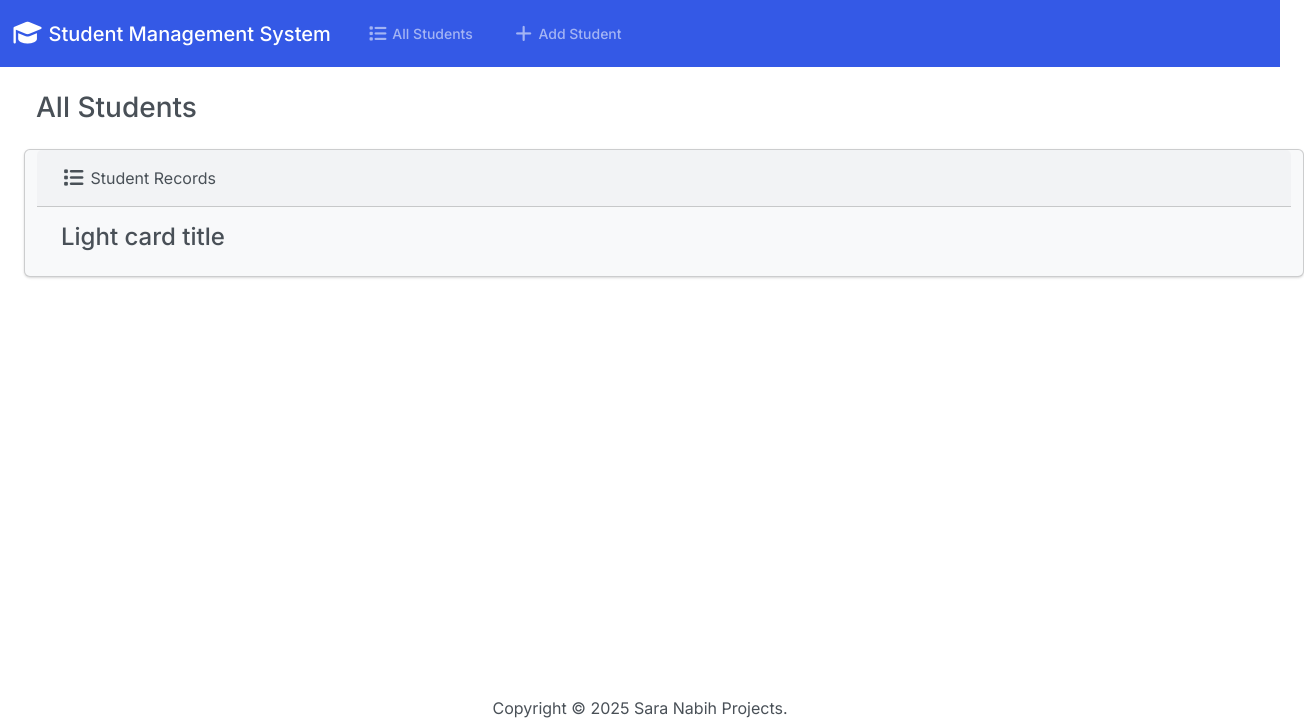
Repository: saraanbih/Student-Management-System
Page: http://localhost/
These files come from the project's save history. The page is drawn as it stood at one moment and after the next save; the edit follows.
The browser window is 1280 px wide. The page is 1304 px wide, so the pictures cover 1304 px, including what lies to the right of the window. The pictures show the whole page.
Some web libraries are served in a nearby version. The page is served by the project's application, run on Django 5.2 (manage.py). Other server files are loaded and not shown. The page reads the database file committed with the project.

Above is the page before, as saved 2025-09-11 16:08:36.

### students/templates/students/index.html
{% load static %}
<!DOCTYPE html>
<html lang="en">
  <head>
    <meta charset="UTF-8" />
    <meta name="viewport" content="width=device-width, initial-scale=1.0" />
    <title>Student Management System</title>
    <link rel="stylesheet" href="https://cdnjs.cloudflare.com/ajax/libs/font-awesome/7.0.1/css/all.min.css" />
    <link href="{% static 'css/bootstrap.min.css' %}" rel="stylesheet" />
  </head>
  <body class="d-flex flex-column min-vh-100">
    <nav class="navbar navbar-expand-lg bg-primary" data-bs-theme="dark">
      <div class="container-fluid">
        <a class="navbar-brand" href="#">
          <i class="fa-solid fa-graduation-cap fa-lg"></i> Student Management System
        </a>
        <button
          class="navbar-toggler"
          type="button"
          data-bs-toggle="collapse"
          data-bs-target="#navbarColor01"
          aria-controls="navbarColor01"
          aria-expanded="false"
          aria-label="Toggle navigation"
        >
          <span class="navbar-toggler-icon"></span>
        </button>
        <div class="collapse navbar-collapse" id="navbarColor01">
          <ul class="navbar-nav me-auto">
            <li class="nav-item">
              <a class="nav-link" href="#">
                <i class="fa-solid fa-list fa-lg"></i> All Students
              </a>
            </li>
            <li class="nav-item">
              <a class="nav-link" href="#">
                <i class="fa-solid fa-plus fa-lg"></i> Add Student
              </a>
            </li>
          </ul>
        </div>
      </div>
    </nav>

    <div class="container-fluid">
      <h3 class="m-4">All Students</h3>
      <div class="row">
        <div class="col-12">
          {% if students %}
          </div>
            <div class="card bg-light ms-4 me-4 mb-4">
              <div class="card-header">
                  <i class="fa-solid fa-list fa-lg"></i> Student Records
              </div>
              <div class="card-body">
                <h4 class="card-title">Light card title</h4>
                <p class="card-text"></p>
              </div>
            </div>
          {% else %}
          <h5 class="card bg-light ms-4 me-4 mb-4">No Students Records</h5>
          {% endif %}
        </div>
      </div>
    </div>
    <footer class="mt-auto mp-4">
      <div class="text-center">
        <span>
          Copyright &copy; <script>document.write(new Date().getFullYear())</script> Sara Nabih Projects.
        </span>
      </div>

    </footer>
    <script
      src="https://cdn.jsdelivr.net/npm/bootstrap@5.3.8/dist/js/bootstrap.bundle.min.js"
      integrity="sha384-FKyoEForCGlyvwx9Hj09JcYn3nv7wiPVlz7YYwJrWVcXK/BmnVDxM+D2scQbITxI"
      crossorigin="anonymous"
    ></script>
  </body>
</html>

### students/models.py
from django.db import models

# Create your models here.

class Student(models.Model):
  student_number = models.PositiveBigIntegerField
  first_name = models.CharField(max_length=50)
  last_name = models.CharField(max_length=50)
  email = models.EmailField(max_length=100)
  field_of_study = models.CharField(max_length=50)
  gpa = models.FloatField()

  def __str__(self):
    return f"{self.first_name} {self.last_name}"

### students/views.py
from django.shortcuts import render
from .models import Student

# Create your views here.
def index(request):
  return render(request, 'students/index.html', {
    'students': Student.objects.all()
  })

### django_project/urls.py
"""
URL configuration for django_project project.

The `urlpatterns` list routes URLs to views. For more information please see:
    https://docs.djangoproject.com/en/5.2/topics/http/urls/
Examples:
Function views
    1. Add an import:  from my_app import views
    2. Add a URL to urlpatterns:  path('', views.home, name='home')
Class-based views
    1. Add an import:  from other_app.views import Home
    2. Add a URL to urlpatterns:  path('', Home.as_view(), name='home')
Including another URLconf
    1. Import the include() function: from django.urls import include, path
    2. Add a URL to urlpatterns:  path('blog/', include('blog.urls'))
"""
from django.contrib import admin
from django.urls import path, include

urlpatterns = [
    path('admin/', admin.site.urls),
    path('', include('students.urls')),
]

### students/urls.py
from django.urls import path
from . import views

urlpatterns = [
  path('', views.index, name='index'),

]

### db.sqlite3 (the tables this page reads, as SQL)
CREATE TABLE "students_student" ("id" integer NOT NULL PRIMARY KEY AUTOINCREMENT, "first_name" varchar(50) NOT NULL, "last_name" varchar(50) NOT NULL, "email" varchar(100) NOT NULL, "field_of_study" varchar(50) NOT NULL, "gpa" real NOT NULL, "student_number" bigint unsigned NOT NULL CHECK ("student_number" >= 0));
INSERT INTO "students_student" VALUES
(4, 'Sara', 'Nabih', 'nabihsara8@gmail.com', 'Computer Science', 3.8, 400),
(6, 'Mahmoud', 'Ali', 'mahmoud32@gmail.com', 'Engineer', 3.09, 7),
(7, 'Omar', 'Ahmed', 'omar@gmail.com', 'Network', 3.08, 42),
(8, 'Hazem', 'Ali', 'hazem.ali@gmail.com', 'Backend', 3.0, 23);

Loaded but not shown: students/static/css/bootstrap.min.css (library)

After the next save:
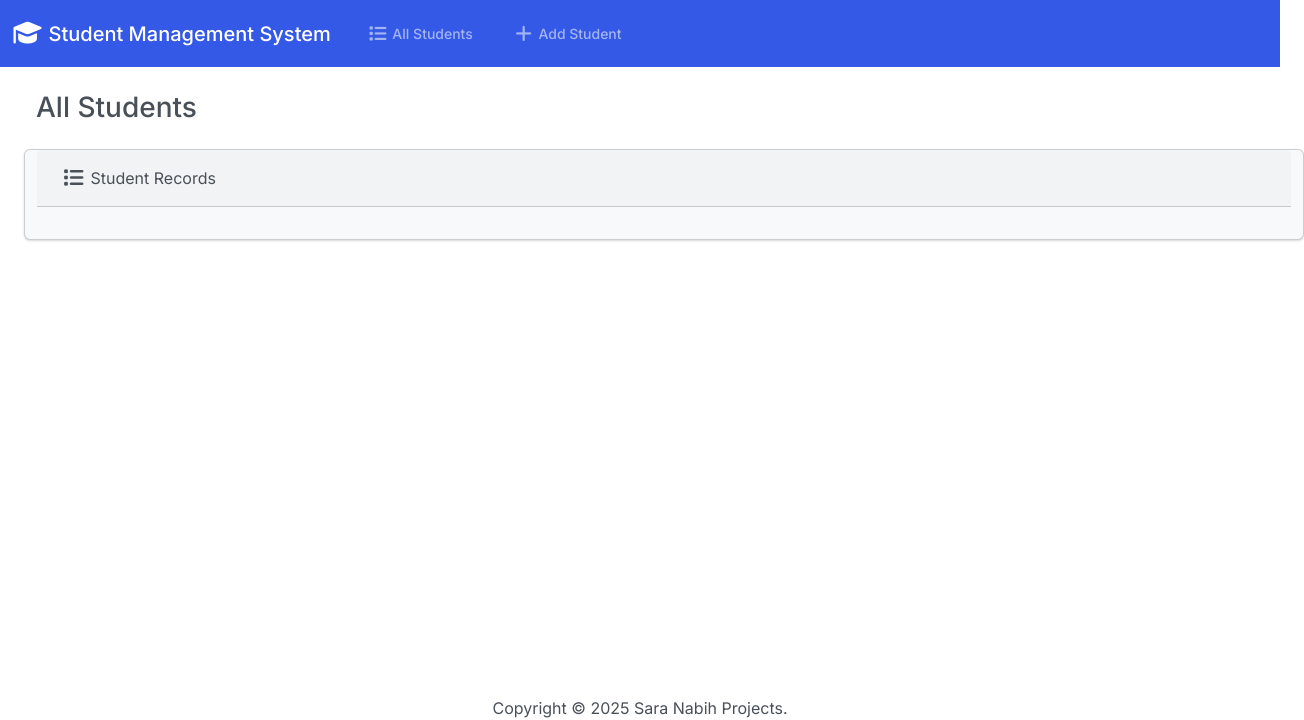
Saved 15 s later.
--- a/students/templates/students/index.html
+++ b/students/templates/students/index.html
@@ -53,7 +53,6 @@
                   <i class="fa-solid fa-list fa-lg"></i> Student Records
               </div>
               <div class="card-body">
-                <h4 class="card-title">Light card title</h4>
                 <p class="card-text"></p>
               </div>
             </div>
